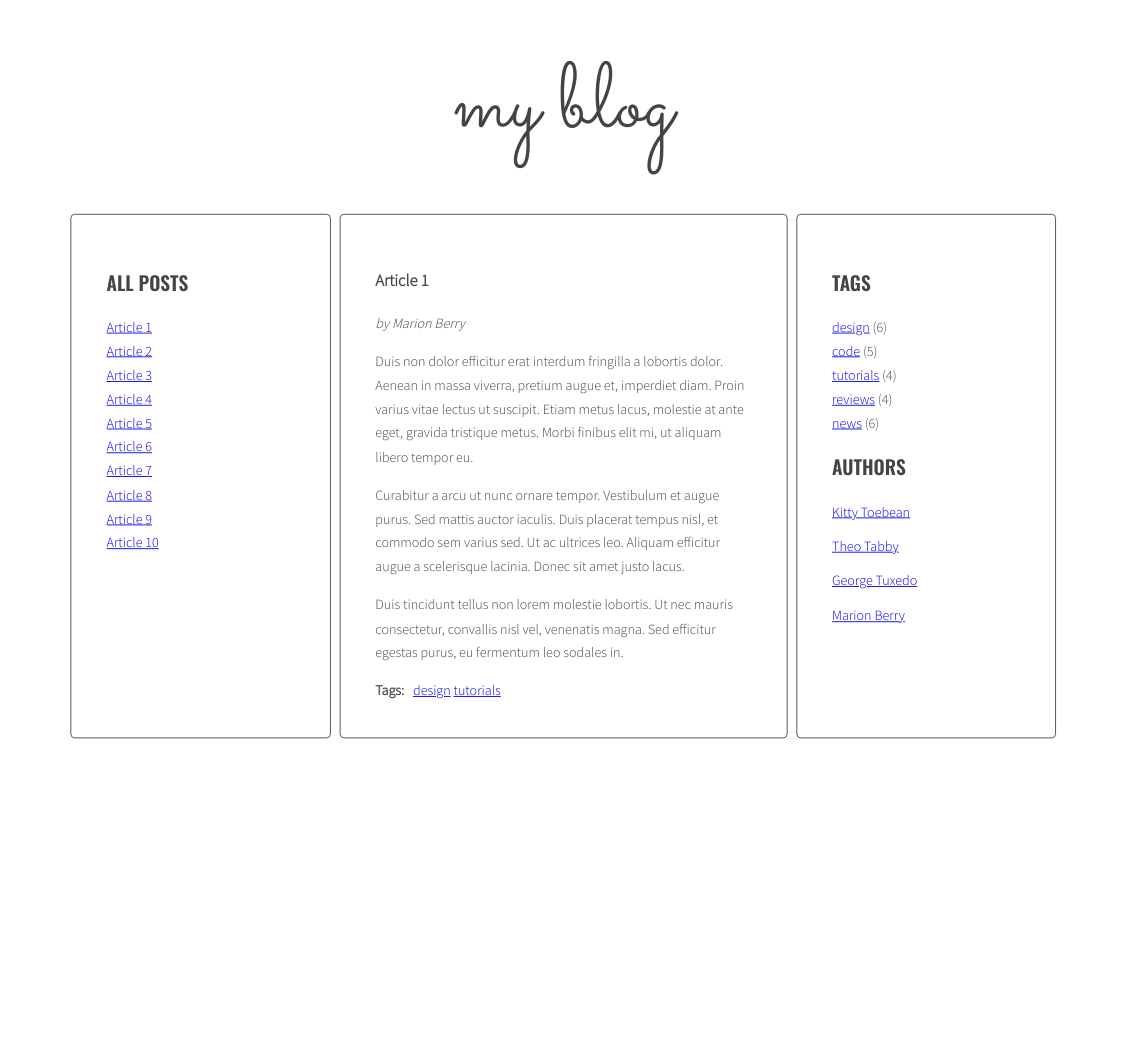
Repository: ulasup/javascript-blog
Page: index.html
An editor plug-in stored every save of this project. The page is shown before and after the next save, followed by the edit.
The browser window is 1280 px wide. The pictures show the whole page, at 88% of full size.
The style sheet was rebuilt from its Sass, Less or Tailwind sources for each picture, by a compiler version that may differ from the author's.

Above is the page before, as saved 2020-12-13 18:34:30.

### index.html
<!DOCTYPE html>
<html  lang="en">
    <head>
        <meta charset="UTF-8">
        <title>Film blog</title>
        <link rel="stylesheet" href="css/style.css">
    </head>
    <body>
        <div class="blog">
            <div class="container">
              <h1 class="logo">my blog</h1>
              <main class="wrapper">
                <aside class="sidebar">
                  <h2 class="section-title">All posts</h2>
                  <ul class="list titles">

                  </ul>
                </aside>
                <section class="posts">
                  <article class="post active" id="article-1">
                    <h3 class="post-title">Article 1</h3>
                    <p class="post-author">by Marion Berry</p>
                    <div class="post-content">
                      <p>Duis non dolor efficitur erat interdum fringilla a lobortis dolor. Aenean in massa viverra, pretium augue et, imperdiet diam. Proin varius vitae lectus ut suscipit. Etiam metus lacus, molestie at ante eget, gravida tristique metus. Morbi finibus elit mi, ut aliquam libero tempor eu.</p>
                      <p>Curabitur a arcu ut nunc ornare tempor. Vestibulum et augue purus. Sed mattis auctor iaculis. Duis placerat tempus nisl, et commodo sem varius sed. Ut ac ultrices leo. Aliquam efficitur augue a scelerisque lacinia. Donec sit amet justo lacus.</p>
                      <p>Duis tincidunt tellus non lorem molestie lobortis. Ut nec mauris consectetur, convallis nisl vel, venenatis magna. Sed efficitur egestas purus, eu fermentum leo sodales in.</p>
                    </div>
                    <div class="post-tags">
                      <p><strong>Tags:</strong></p>
                      <ul class="list list-horizontal">
                        <li><a href="#">design</a></li>
                        <li><a href="#">tutorials</a></li>
                      </ul>
                    </div>
                  </article>
                  <article class="post" id="article-2">
                    <h3 class="post-title">Article 2</h3>
                    <p class="post-author">by Theo Tabby</p>
                    <div class="post-content">
                      <p>Phasellus sollicitudin, arcu vel iaculis ullamcorper, quam leo viverra orci, et faucibus quam sapien vel est. Maecenas ac suscipit elit. Nullam interdum, lorem vitae venenatis pulvinar, ex dui malesuada nunc, tempus cursus enim metus vel nulla.</p>
                      <p>Integer hendrerit, eros id efficitur dapibus, ante arcu ullamcorper orci, a iaculis felis turpis at purus. Quisque sodales posuere sapien vel consectetur. Duis dui urna, commodo non ante nec, mattis dictum enim. Donec aliquam erat sed diam lobortis, vel gravida lacus laoreet. Phasellus pretium maximus mi, eu posuere justo suscipit vel.</p>
                      <p>Nam magna nisl, varius in malesuada vitae, facilisis vel metus. Proin rhoncus euismod leo dictum lobortis. Suspendisse non ante sapien.</p>
                    </div>
                    <div class="post-tags">
                      <p><strong>Tags:</strong></p>
                      <ul class="list list-horizontal">
                        <li><a href="#">news</a></li>
                        <li><a href="#">code</a></li>
                      </ul>
                    </div>
                  </article>
                  <article class="post" id="article-3">
                    <h3 class="post-title">Article 3</h3>
                    <p class="post-author">by George Tuxedo</p>
                    <div class="post-content">
                      <p>Mauris vel pellentesque turpis, ac sodales nisl. Quisque iaculis mi velit, ut convallis tellus accumsan a. Quisque iaculis, nisi et dignissim tincidunt, nisl eros euismod nulla, finibus laoreet erat enim posuere elit.</p>
                      <p>Aenean at semper urna. Duis vel sapien molestie, egestas diam consequat, molestie nulla. Praesent a malesuada metus. Praesent et tempus leo.</p>
                      <p>Mauris in eleifend neque, vitae eleifend velit. Maecenas purus est, bibendum eget imperdiet id, dictum sed ante. Aenean a magna et eros sagittis aliquet.</p>
                    </div>
                    <div class="post-tags">
                      <p><strong>Tags:</strong></p>
                      <ul class="list list-horizontal">
                        <li><a href="#">news</a></li>
                        <li><a href="#">reviews</a></li>
                        <li><a href="#">design</a></li>
                      </ul>
                    </div>
                  </article>
                  <article class="post" id="article-4">
                    <h3 class="post-title">Article 4</h3>
                    <p class="post-author">by Kitty Toebean</p>
                    <div class="post-content">
                      <p>Morbi vel cursus nulla, vel varius mauris. Suspendisse sed elit sit amet risus faucibus vestibulum ut sit amet purus. Donec orci est, condimentum ut quam quis, scelerisque fringilla ligula.</p>
                      <p>Quisque bibendum nisl id quam sagittis, id pretium dolor scelerisque. Suspendisse non odio nec velit dapibus placerat non a libero.</p>
                      <p>Vivamus at tristique ex, feugiat sagittis ex. Cras cursus, ipsum et efficitur commodo, urna sapien rutrum magna, quis sodales justo ligula eget nunc. In hac habitasse platea dictumst.</p>
                    </div>
                    <div class="post-tags">
                      <p><strong>Tags:</strong></p>
                      <ul class="list list-horizontal">
                        <li><a href="#">tutorials</a></li>
                        <li><a href="#">code</a></li>
                        <li><a href="#">design</a></li>
                      </ul>
                    </div>
                  </article>
                  <article class="post" id="article-5">
                    <h3 class="post-title">Article 5</h3>
                    <p class="post-author">by Marion Berry</p>
                    <div class="post-content">
                      <p>Suspendisse sem eros, euismod condimentum arcu ac, consequat fermentum orci. Nam convallis lacus nec interdum vestibulum. Vestibulum luctus, quam eu tristique ornare, lorem nibh sodales enim, vitae tempor dolor ante vitae tortor.</p>
                      <p>Duis venenatis metus quis luctus lobortis. In porttitor ipsum eget ligula aliquam ornare. Cras malesuada urna id volutpat sodales.</p>
                      <p>Donec lobortis ultricies turpis, eu viverra magna gravida quis. Fusce sit amet pretium nulla. Duis rutrum metus vel libero sodales, pellentesque varius ex pulvinar.</p>
                    </div>
                    <div class="post-tags">
                      <p><strong>Tags:</strong></p>
                      <ul class="list list-horizontal">
                        <li><a href="#">design</a></li>
                        <li><a href="#">reviews</a></li>
                      </ul>
                    </div>
                  </article>
                  <article class="post" id="article-6">
                    <h3 class="post-title">Article 6</h3>
                    <p class="post-author">by George Tuxedo</p>
                    <div class="post-content">
                      <p>Donec posuere iaculis ante sed hendrerit. Lorem ipsum dolor sit amet, consectetur adipiscing elit. Quisque hendrerit neque nec urna tincidunt, quis vehicula dui vulputate. Morbi est sapien, auctor ut lectus eu, placerat viverra lorem.</p>
                      <p>Cras consectetur at erat id accumsan. Suspendisse lacinia in nulla quis vulputate. Nunc vitae consectetur augue. Nam ut vehicula mi. Aliquam tristique, purus in hendrerit porta, elit lectus finibus mi, vel malesuada nisl lectus a libero.</p>
                      <p>Nam quis efficitur ante. Sed eget purus quis ex commodo porta eu sit amet dolor. Mauris tellus nisl, dictum nec est vitae, condimentum ornare ante. Fusce ornare hendrerit maximus. In maximus rhoncus justo.</p>
                    </div>
                    <div class="post-tags">
                      <p><strong>Tags:</strong></p>
                      <ul class="list list-horizontal">
                        <li><a href="#">reviews</a></li>
                        <li><a href="#">code</a></li>
                      </ul>
                    </div>
                  </article>
                  <article class="post" id="article-7">
                    <h3 class="post-title">Article 7</h3>
                    <p class="post-author">by Kitty Toebean</p>
                    <div class="post-content">
                      <p>Donec eleifend mauris ac nisl fermentum, ac fermentum turpis dignissim. Aliquam diam nisl, imperdiet a varius eget, lobortis sed nisi. Nullam suscipit ipsum sed magna blandit, sed pellentesque urna malesuada.</p>
                      <p>Duis vestibulum arcu et lectus viverra porta. Praesent tempor lacus eget quam mattis, sit amet venenatis diam ultrices. Morbi gravida sapien quis ligula tincidunt, vel sagittis erat ultrices.</p>
                      <p>Ut orci tellus, laoreet ac diam ut, tempus bibendum nisi. Nam egestas sagittis nibh. Curabitur tristique dui quis egestas pretium. Duis eu felis orci.</p>
                    </div>
                    <div class="post-tags">
                      <p><strong>Tags:</strong></p>
                      <ul class="list list-horizontal">
                        <li><a href="#">code</a></li>
                        <li><a href="#">news</a></li>
                      </ul>
                    </div>
                  </article>
                  <article class="post" id="article-8">
                    <h3 class="post-title">Article 8</h3>
                    <p class="post-author">by Theo Tabby</p>
                    <div class="post-content">
                      <p>Praesent quis imperdiet erat. Curabitur tempor sapien a interdum malesuada. Proin libero erat, sagittis a sollicitudin eget, pulvinar nec risus. Cras et suscipit sem.</p>
                      <p>Maecenas consequat diam nec sollicitudin congue. Aenean porttitor porttitor quam, condimentum interdum metus congue sed. Donec at nulla ipsum.</p>
                      <p>Mauris non congue dui. Aenean ac eros vitae massa vulputate aliquet ut ac elit. Morbi iaculis auctor nunc aliquet luctus. Nunc tincidunt sem dui, quis interdum leo pellentesque eget. Fusce id leo varius, imperdiet nunc vitae, tristique mi. Mauris quis interdum justo. Mauris auctor purus eu leo faucibus feugiat. Nulla at odio vitae leo semper blandit.</p>
                    </div>
                    <div class="post-tags">
                      <p><strong>Tags:</strong></p>
                      <ul class="list list-horizontal">
                        <li><a href="#">news</a></li>
                        <li><a href="#">design</a></li>
                        <li><a href="#">tutorials</a></li>
                      </ul>
                    </div>
                  </article>
                  <article class="post" id="article-9">
                    <h3 class="post-title">Article 9</h3>
                    <p class="post-author">by Marion Berry</p>
                    <div class="post-content">
                      <p>Tam et facilisis purus. Donec vulputate est quis lobortis posuere. Nunc vitae lorem ut odio faucibus pulvinar nec in justo. Ut ut ante ac tellus ornare tempus. Nunc maximus, tortor et dictum convallis, nunc libero posuere leo, scelerisque ultrices arcu sapien ut tellus.</p>
                      <p>Fusce lacinia augue massa, non tincidunt tortor auctor quis. Vestibulum ut pretium nisl. Etiam id tellus tempus, commodo ligula vehicula, porta magna.</p>
                      <p>Donec fringilla blandit dolor vel aliquet. Fusce tortor sapien, lobortis eu vehicula sit amet, dignissim et lectus. In ullamcorper metus vel massa fermentum, at fermentum dui sollicitudin. Nullam lacinia elit vel tortor ullamcorper pulvinar.</p>
                    </div>
                    <div class="post-tags">
                      <p><strong>Tags:</strong></p>
                      <ul class="list list-horizontal">
                        <li><a href="#">news</a></li>
                        <li><a href="#">tutorials</a></li>
                      </ul>
                    </div>
                  </article>
                  <article class="post" id="article-10">
                    <h3 class="post-title">Article 10</h3>
                    <p class="post-author">by George Tuxedo</p>
                    <div class="post-content">
                      <p>Aliquam erat volutpat. Ut non eleifend lectus. Donec suscipit tellus tempor, ornare dui id, hendrerit neque. Phasellus lacinia laoreet dui in luctus. Sed hendrerit, magna sit amet varius tempor, augue augue scelerisque est, non scelerisque mauris libero eu sapien.</p>
                      <p>Sed at sapien in quam sollicitudin aliquam. In interdum metus a mi porttitor luctus. Sed commodo, arcu id lacinia posuere, felis elit pharetra urna, at feugiat est orci sit amet libero. Quisque in nisl est. Nullam vehicula at lectus non luctus. Cras aliquam neque magna, at varius nisi egestas ut.</p>
                      <p>Rhoncus purus nulla, non auctor lacus placerat ut. Aliquam condimentum eget magna ac gravida. Etiam egestas faucibus urna et finibus. Cras vel tellus vel magna suscipit euismod. Maecenas id arcu ante. Duis iaculis scelerisque erat, at ullamcorper arcu consectetur eu. Fusce aliquam diam at arcu pharetra, vel fermentum nunc lobortis.</p>
                    </div>
                    <div class="post-tags">
                      <p><strong>Tags:</strong></p>
                      <ul class="list list-horizontal">
                        <li><a href="#">code</a></li>
                        <li><a href="#">design</a></li>
                        <li><a href="#">news</a></li>
                        <li><a href="#">reviews</a></li>
                      </ul>
                    </div>
                  </article>
                </section>
                <aside class="sidebar">
                  <h2 class="section-title">Tags</h2>
                  <ul class="list tags">
                    <li><a href="#">design</a> <span>(6)</span></li>
                    <li><a href="#">code</a> <span>(5)</span></li>
                    <li><a href="#">tutorials</a> <span>(4)</span></li>
                    <li><a href="#">reviews</a> <span>(4)</span></li>
                    <li><a href="#">news</a> <span>(6)</span></li>
                  </ul>
                  <h2 class="section-title">Authors</h2>
                  <ul class="list authors">
                    <li>
                      <a href="#">
                        <span class="author-name">Kitty Toebean</span>
                      </a>
                    </li>
                    <li>
                      <a href="#">
                        <span class="author-name">Theo Tabby</span>
                      </a>
                    </li>
                    <li>
                      <a href="#">
                        <span class="author-name">George Tuxedo</span>
                      </a>
                    </li>
                    <li>
                      <a href="#">
                        <span class="author-name">Marion Berry</span>
                      </a>
                    </li>
                  </ul>
                </aside>
              </main>
            </div>
          </div>
    <script src="js/script.js"></script>
    </body>
</html>

### js/script.js
'use strict';

function titleClickHandler(event){
  event.preventDefault();

  const activeLinks = document.querySelectorAll('.titles a.active');

  for(let activeLink of activeLinks){
    activeLink.classList.remove('active');
  }

  const clickedElement = this;
  clickedElement.classList.add('active');

  const activeArticles = document.querySelectorAll('.post.active');

  for(let activeArticle of activeArticles){
    activeArticle.classList.remove('active');
  }

  const atribute = clickedElement.getAttribute('href');

  const clickedArticles = document.querySelectorAll(atribute);

  for(let clickedArticle of clickedArticles){
    clickedArticle.classList.add('active');
  }
}

const optArticleSelector = '.post', optTitleSelector = '.post-title', optTitleListSelector = '.titles';

function generateTitleLinks(){

  const titleList = document.querySelector(optTitleListSelector);
  titleList.innerHTML = '';

  const articles = document.querySelectorAll(optArticleSelector);

  let html = '';

  for (let article of articles){

    const articleId = article.getAttribute('id');

    const articleTitle = article.querySelector(optTitleSelector).innerHTML;

    const linkHTML = '<li><a href="#' + articleId + '"><span>' + articleTitle + '</span></a></li>';

    html = html + linkHTML;
  }

  titleList.innerHTML = html;

  const links = document.querySelectorAll('.titles a');

  for(let link of links){link.addEventListener('click', titleClickHandler);}
}

generateTitleLinks();

### sass/style.scss
@import url('https://fonts.googleapis.com/css?family=Oswald:400,600|Sacramento|Source+Sans+Pro:300&subset=latin-ext');

/* Variables */

$color-light: #fff;
$color-dark: #444;

$font-logo: 'Sacramento', cursive;
$font-header: 'Oswald', sans-serif;
$font-text: 'Source Sans Pro', sans-serif;

/* Global */

*, *::before, *::after {
  box-sizing: border-box;
}

body {
  background: $color-light;
  font-family: $font-text;
  color: $color-dark;
  font-weight: 300;
  font-size: 16px;
  line-height: 1.7;
}

.container {
  max-width: 1140px;
  margin: 0 auto;
}

.section-title {
  font-size: 22px;
  text-transform: uppercase;
  font-family: $font-header;
  font-weight: 600;

  span {
    text-transform: none;
    font-weight: 400;
    color: lighten($color-dark, 20%);
  }
}

/* Layout */

.wrapper {
  display: flex;
  margin-left: 10px;
}

.sidebar {
  flex: 1 0 0;
}

.posts {
  flex: 2 0 0;
}

.sidebar, .posts {
  background: $color-light;
  margin-right: 10px;
  padding: 40px;
  border: 1px solid $color-dark;
  border-radius: 5px;
}

/* Logo */

.logo {
  font-family: $font-logo;
  font-weight: 400;
  font-size: 104px;
  line-height: 1;
  text-align: center;
}

/* Lists */

.list {
  list-style-type: none;
  margin: 0;
  padding: 0;

  .active {
    font-weight: bold;
  }
}

.list-horizontal {
  li {
    display: inline-block;
  }
}

/* Authors */

.authors {
  li {
    margin-bottom: 12px;
  }
}

/* Post */

.post {
  z-index: 1;
  position: absolute;
  opacity: 0;

  &.active {
    z-index: 2;
    position: relative;
    opacity: 1;
    transition: opacity 1s;
  }
}

.post-author {
  font-style: italic;
}

.post-tags {
  display: flex;

  p {
    margin: 0 10px 0 0;
  }
}

After the next save:
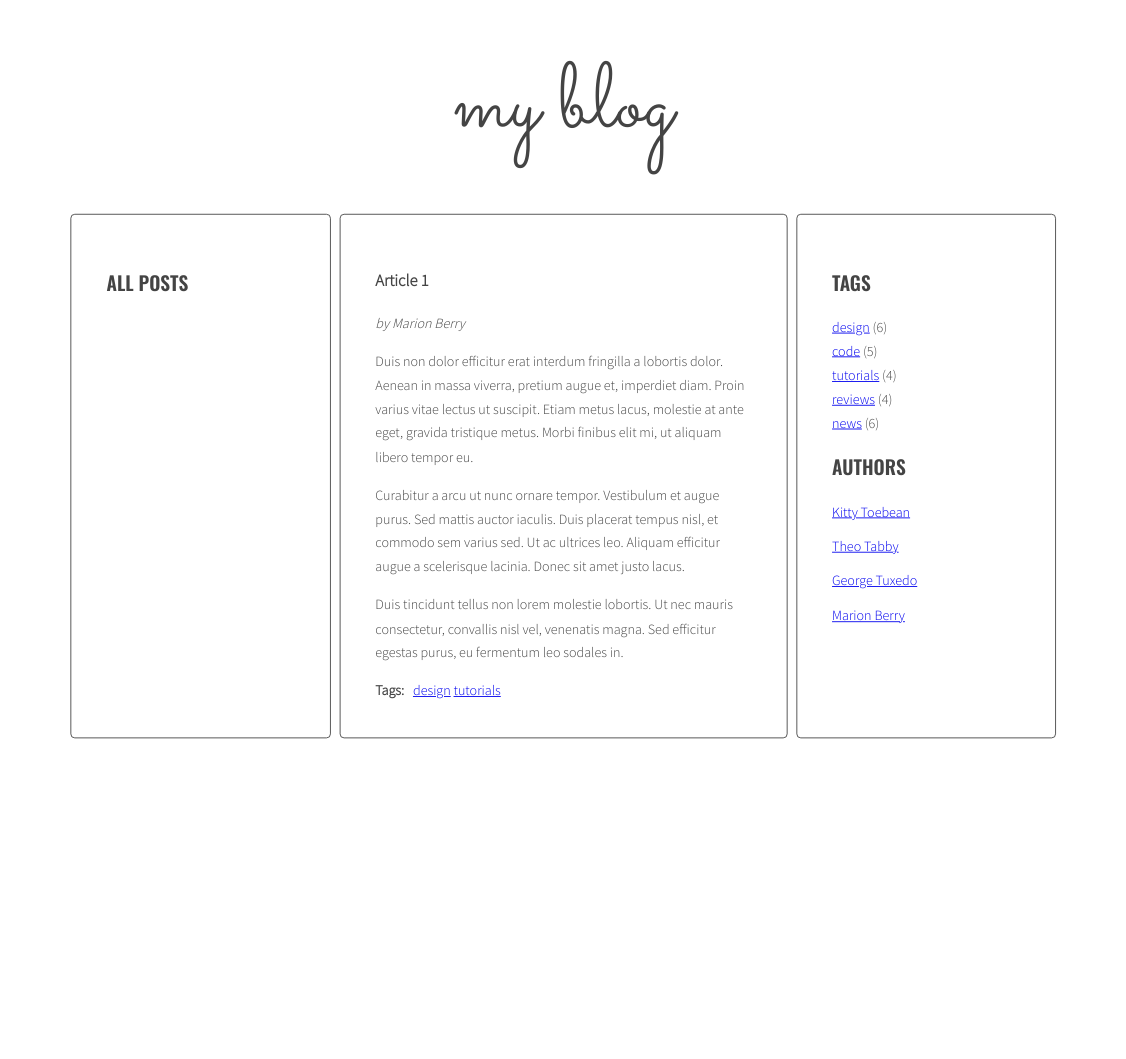
Console error: TypeError: html.insertAdjacentHTML is not a function
Saved 3 min 18 s later.
--- a/js/script.js
+++ b/js/script.js
@@ -46,7 +46,7 @@
 
     const linkHTML = '<li><a href="#' + articleId + '"><span>' + articleTitle + '</span></a></li>';
 
-    html = html + linkHTML;
+    html = html.insertAdjacentHTML('afterend', linkHTML);
   }
 
   titleList.innerHTML = html;

After the 4 saves that followed:
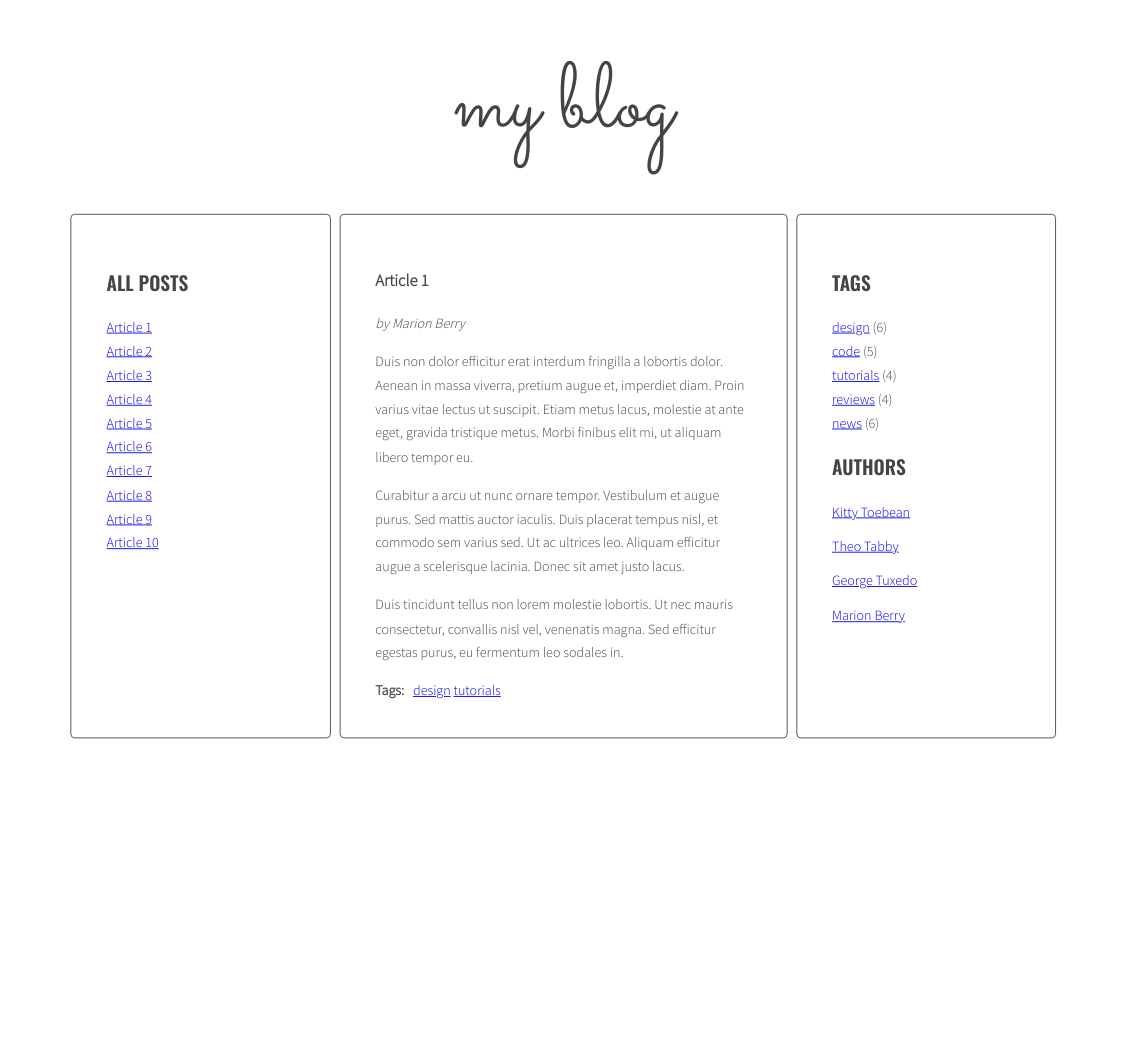
The error is gone.
The 4 saves are shown as one change because 3 left the picture as it was.
The last was saved 4 min 7 s later.
--- a/js/script.js
+++ b/js/script.js
@@ -46,7 +46,7 @@
 
     const linkHTML = '<li><a href="#' + articleId + '"><span>' + articleTitle + '</span></a></li>';
 
-    html = html.insertAdjacentHTML('afterend', linkHTML);
+    html = html + linkHTML;
   }
 
   titleList.innerHTML = html;
